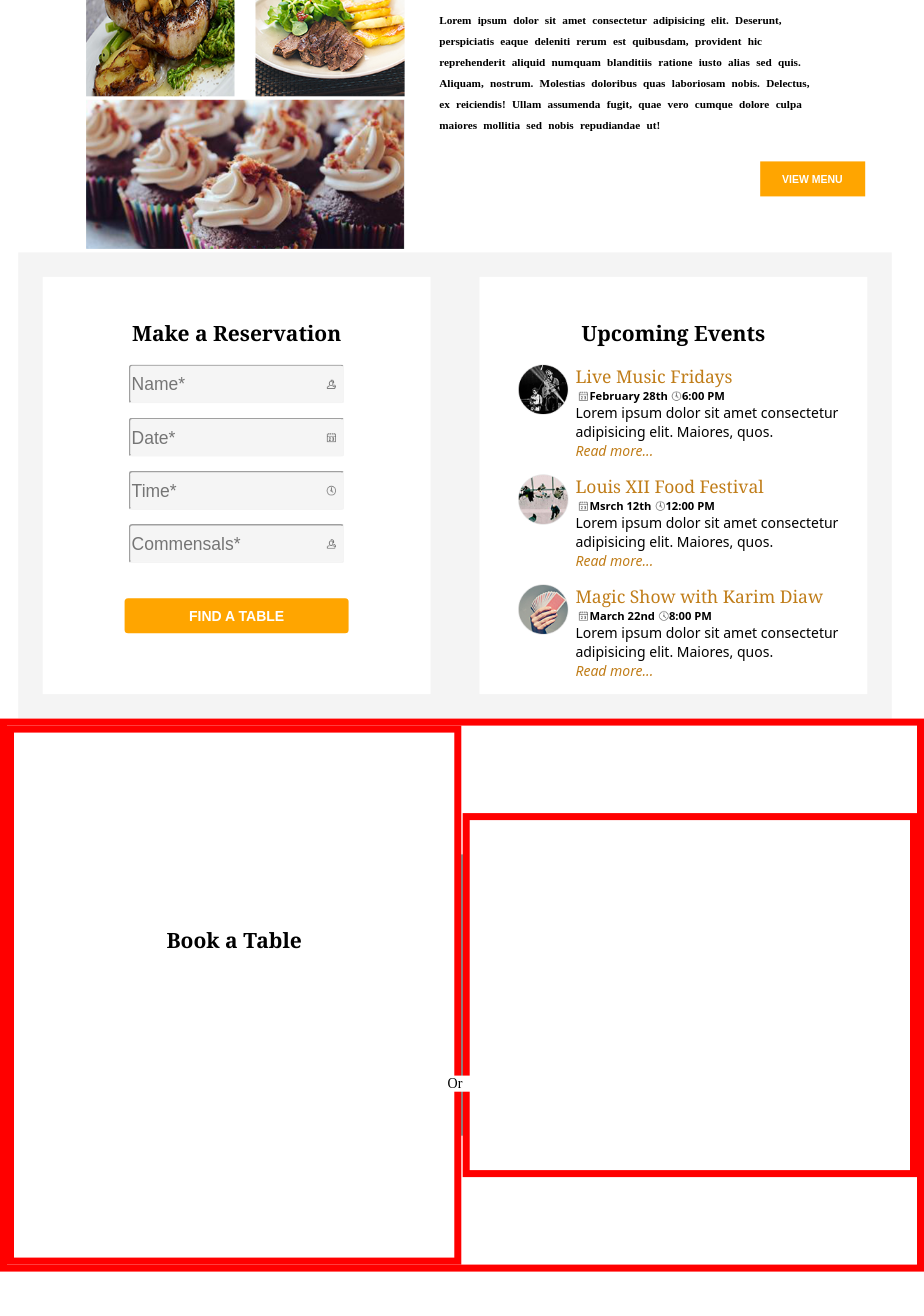
Repository: sis-shen/HTML_vsc
Page: adc_v2/index.html
The author's editor kept a copy of each file at every save. The page is drawn from the files as they stood at one save, then again after the next save.
The browser window is 1280 px wide. The page is 1320 px wide, so the pictures cover 1320 px, including what lies to the right of the window. The pictures show the part of the page from y = 1721 to 3601 px (the page is 3601 px tall before and 3501 px after), at 70% of full size.

Above is the page before, as saved 2023-08-20 13:09:46.

After the next save:
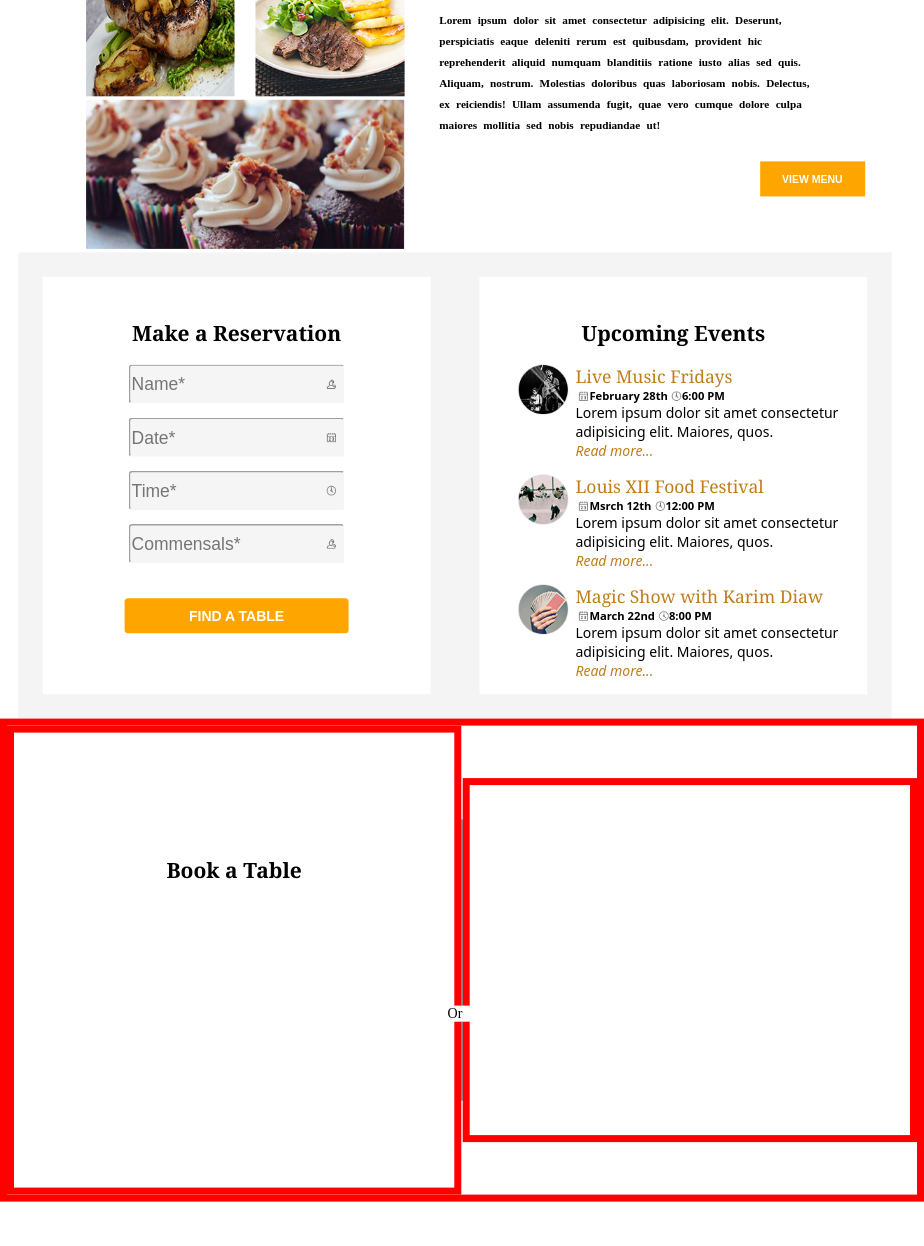
Saved 14 s later.
--- a/adc_v2/style.css
+++ b/adc_v2/style.css
@@ -499,7 +499,7 @@ body {
     .book{
         width: 50%;
         min-height: 500px;
-        padding-top: 250px;
+        padding-top: 150px;
         border: red solid 10px;
 
     }
